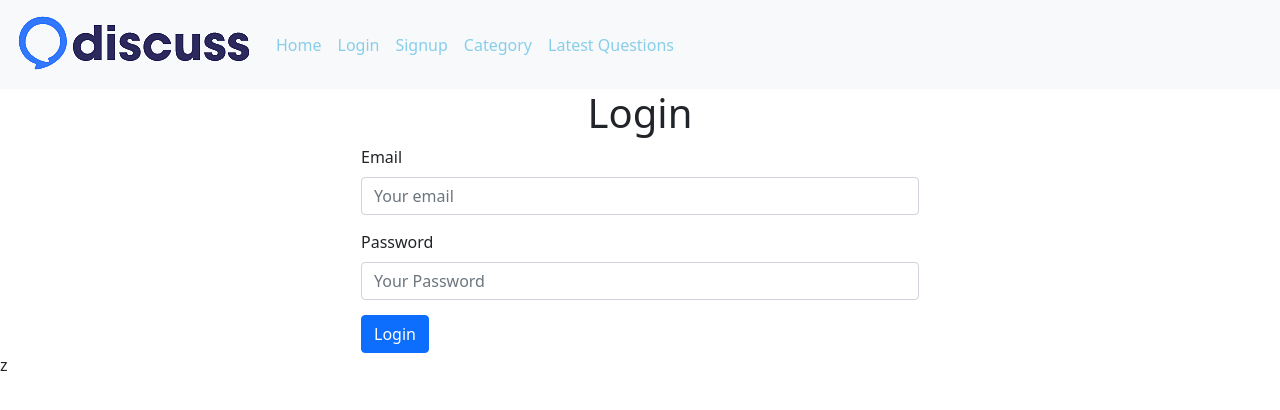
Repository: zeeShanizeeshan/php-project
Page: http://localhost/?login=true
An editor plug-in stored every save of this project. The page is shown before and after the next save, followed by the edit.
The browser window is 1280 px wide. The pictures show the whole page.
The page is run by PHP 8.4 with error messages shown; the project is at /var/www/html/.

Above is the page before, as saved 2025-12-09 14:33:40.

### index.php
<!DOCTYPE html>
<html lang="en">

<head>
    <meta charset="UTF-8">
    <title>Discuss Project</title>
    <?php include('./client/commonFiles.php') ?>
</head>

<body>

    <?php
    session_start();
    include('./client/header.php');

    if (isset($_GET['signup']) && !isset($_SESSION['user'])) {
        include('./client/signup.php');
    } else if (isset($_GET['login']) && !isset($_SESSION['user'])) {
        include('./client/login.php');
    } else if (isset($_GET['ask']) && isset($_SESSION['user'])) {
        include('./client/ask.php');
    }else if (isset($_GET['q-id'])) {
        $questionid=$_GET['q-id'];
        include('./client/question-details.php');
    }else if (isset($_GET['c-id'])) {
        $cid=$_GET['c-id'];
        include('./client/questions.php');
    }else if (isset($_GET['u-id'])) {
        $uid=$_GET['u-id'];
        include('./client/questions.php');
    }else if (isset($_GET['latest'])) {
        include('./client/questions.php');
    }else{
        include('./client/questions.php');
    }
    ?>

</body>

</html>

### client/commonFiles.php
<link href="https://cdn.jsdelivr.net/npm/bootstrap@5.0.2/dist/css/bootstrap.min.css" rel="stylesheet" integrity="sha384-EVSTQN3/azprG1Anm3QDgpJLIm9Nao0Yz1ztcQTwFspd3yD65VohhpuuCOmLASjC" crossorigin="anonymous">
<script src="https://cdn.jsdelivr.net/npm/bootstrap@5.0.2/dist/js/bootstrap.bundle.min.js" integrity="sha384-MrcW6ZMFYlzcLA8Nl+NtUVF0sA7MsXsP1UyJoMp4YLEuNSfAP+JcXn/tWtIaxVXM" crossorigin="anonymous"></script>
<link rel="stylesheet" href="./public/style.css">
</link>

### client/header.php
<nav class="navbar navbar-expand-lg navbar-light bg-light">
    <div class="container-fluid">
        <a class="navbar-brand" href="#">
            <img src="./public/discusslogo.png" alt="">
        </a>
        <div class="collapse navbar-collapse" id="navbarNav">
            <ul class="navbar-nav">
                <li class="nav-item">
                    <a class="nav-link active" href="./">Home</a>
                </li>
                <?php if (isset($_SESSION['user'])) { ?>
                    <li class="nav-item">
                        <a class="nav-link" href="./server/requests.php?logout=true">Logout</a>
                    </li>
                    <li class="nav-item">
                        <a class="nav-link" href="?ask=true">Ask A Question</a>
                    </li>
                    <li class="nav-item">
                        <a class="nav-link" href="?u-id=<?php echo $_SESSION['user']['user_id'] ?>">My Questions</a>
                    </li>
                    <?php } ?>
                    <?php if (!isset($_SESSION['user'])) { ?>
                    <li class="nav-item">
                        <a class="nav-link" href="?login=true">Login</a>
                    </li>
                    <li class="nav-item">
                        <a class="nav-link" href="?signup=true">Signup</a>
                    </li>
                <?php } ?>


                <li class="nav-item">
                    <a class="nav-link" href="#">Category</a>
                </li>
                <li class="nav-item">
                    <a class="nav-link" href="?latest=true">Latest Questions</a>
                </li>
            </ul>
        </div>
    </div>
</nav>

### client/login.php
<div class="container">
    <h1 class="heading">Login</h1>
    <form action="./server/requests.php" method="post">

        <div class="col-6 offset-sm-3 margin-bottom">
            <label for="email" class="form-label">Email</label>
            <input type="text" name="email" class="form-control" id="email" placeholder="Your email">
        </div>

        <div class="col-6 offset-sm-3 margin-bottom ">
            <label for="Password" class="form-label">Password</label>
            <input type="Password" name="password" class="form-control" id="Password" placeholder="Your Password">
        </div>

        <div class="col-6 offset-sm-3">
            <button type="submit" name="login" class="btn btn-primary">Login</button>

        </div>
    </form>
</div>z

### public/style.css
a{
    color: skyblue !important;
}

.heading{
 text-align: center;
}

.margin-bottom{
    margin-bottom: 15px;
}

.question-list{
    border: 1px solid black;
    padding: 15px;
    margin: 10px;
}

.question-list h4{
margin: 0;
padding: 0;
}

.question-list a,.question-title{
font-size: 18px;
text-decoration: none;
color: rgb(27, 140, 185) !important;
}

.answer-wrapper{
    border-bottom: 1px solid #686868;
    margin-bottom:10px ;
    padding: 5px;
}

After the next save:
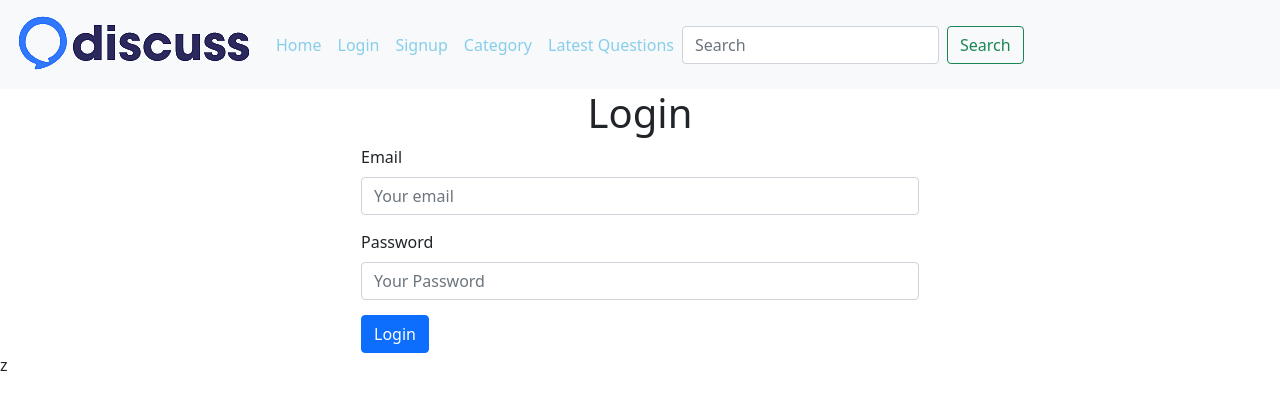
Saved 8 min 12 s later.
--- a/client/header.php
+++ b/client/header.php
@@ -36,6 +36,10 @@
                     <a class="nav-link" href="?latest=true">Latest Questions</a>
                 </li>
             </ul>
+             <form class="d-flex">
+        <input class="form-control me-2" type="search" placeholder="Search" aria-label="Search">
+        <button class="btn btn-outline-success" type="submit">Search</button>
+      </form>
         </div>
     </div>
 </nav>
